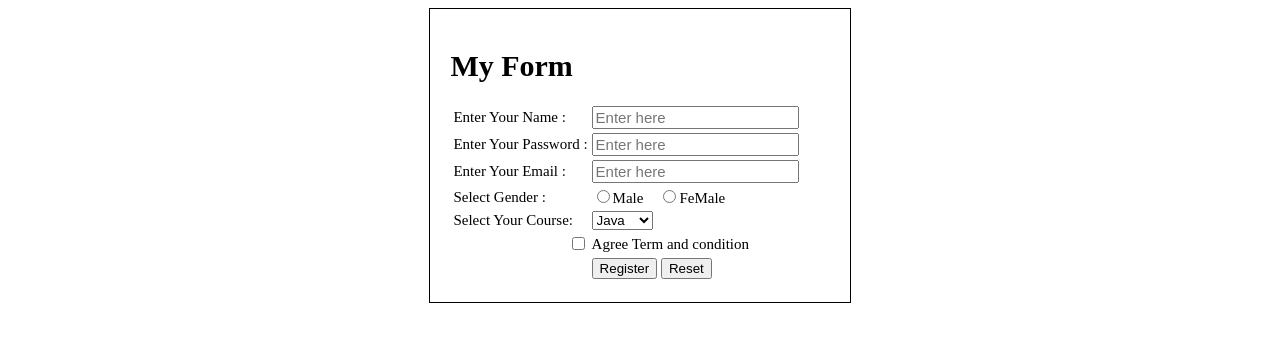
Repository: Kamleshmaury/CoreJava
Page: RegistrationForm/src/main/webapp/index.html
The author's editor kept a copy of each file at every save. The page is drawn from the files as they stood at one save, then again after the next save.
The browser window is 1280 px wide. The pictures show the whole page.

Above is the page before, as saved 2022-10-18 11:39:35.

After the next save:
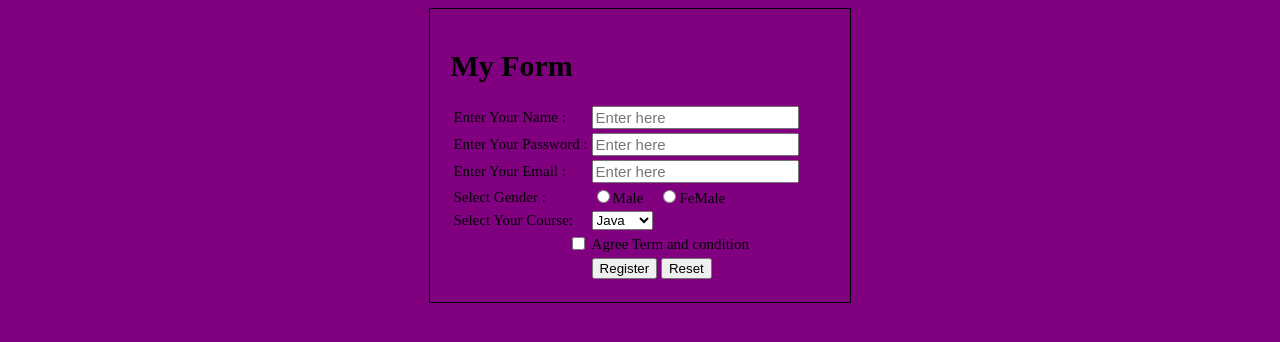
Saved 4 min 54 s later.
--- a/RegistrationForm/src/main/webapp/index.html
+++ b/RegistrationForm/src/main/webapp/index.html
@@ -16,6 +16,9 @@
 			#myform table tr td input{
 				font-size: 15px;
 
+			}
+			body {
+			background-color: purple;
 			}
 
 		</style>

After the 4 saves that followed:
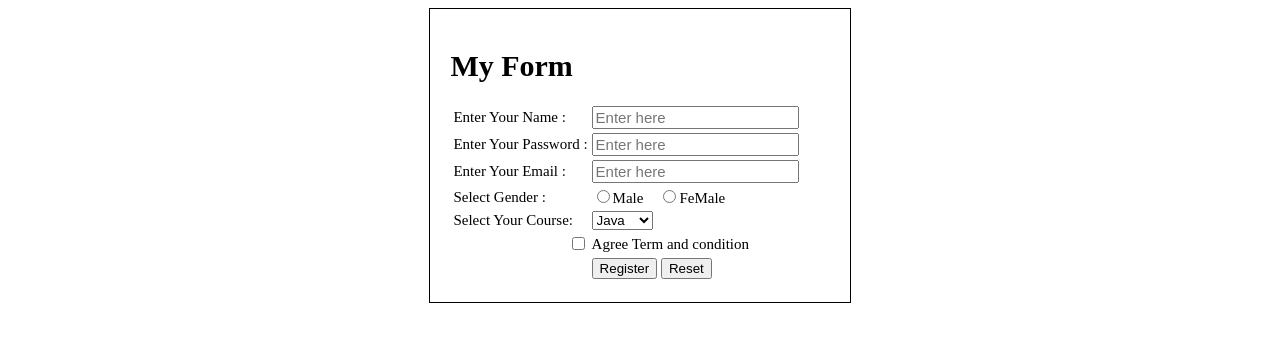
The 4 saves are shown as one change because 3 left the picture as it was.
The last was saved 109 s later.
--- a/RegistrationForm/src/main/webapp/index.html
+++ b/RegistrationForm/src/main/webapp/index.html
@@ -17,9 +17,7 @@
 				font-size: 15px;
 
 			}
-			body {
-			background-color: purple;
-			}
+
 
 		</style>
 
